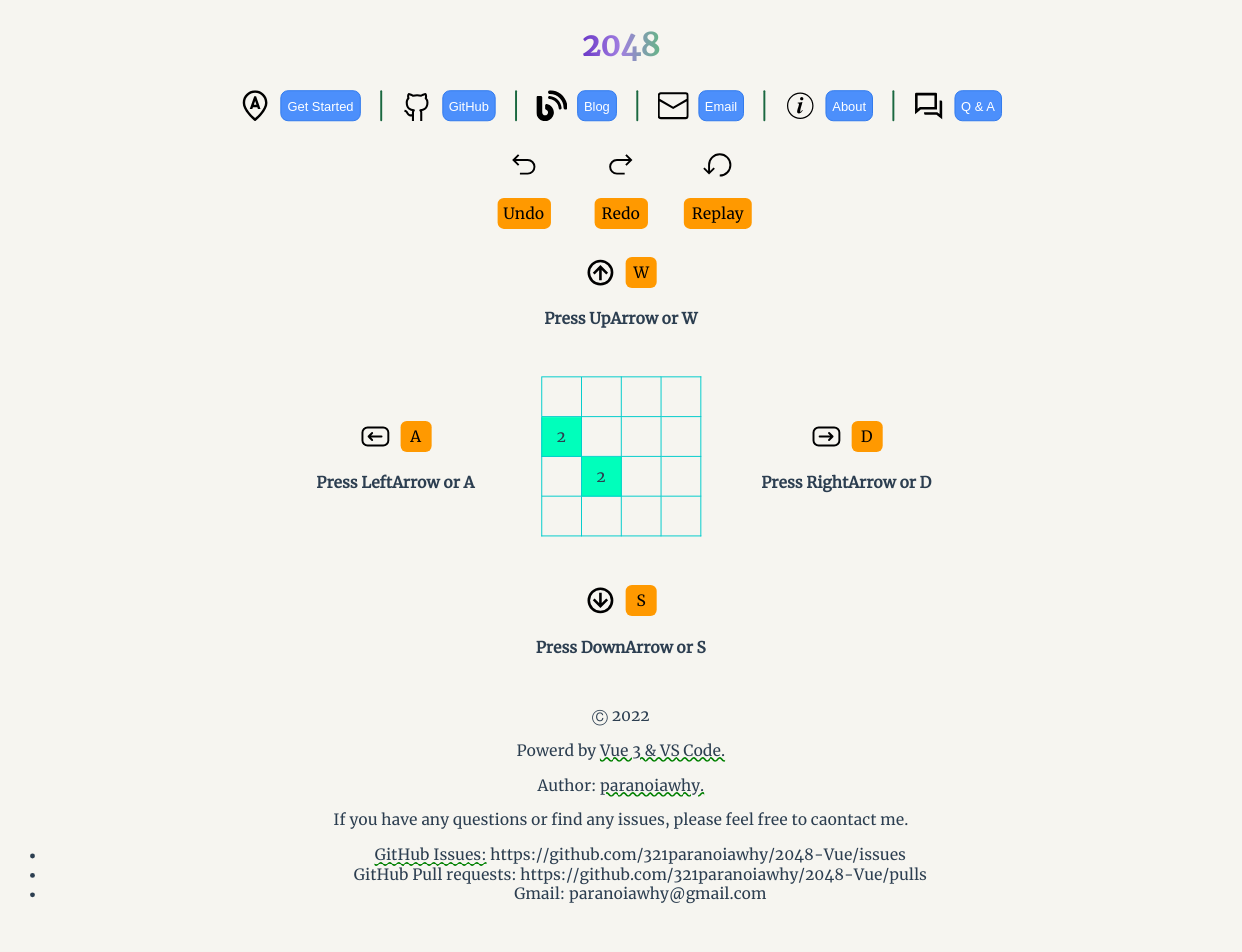
Repository: 321paranoiawhy/2048
Page: /
An editor plug-in stored every save of this project. The page is shown before and after the next save, followed by the edit.
The browser window is 1280 px wide. The pictures show the whole page, at 97% of full size.
The project was rebuilt for these pictures with package versions that can differ from the ones it lists, and the page was loaded fresh each time. Also part of the build but not shown: vue.config.js.

Above is the page before, as saved 2022-04-28 09:12:11.

### src/App.vue
<template>
    <router-view />
</template>

<style lang="scss">
// 字体
@font-face {
    font-family: Merriweather-Regular;
    src: url(/src/assets/fonts/Merriweather-Regular.ttf);
}
#app {
    font-family: Merriweather-Regular;
    -webkit-font-smoothing: antialiased;
    -moz-osx-font-smoothing: grayscale;
    text-align: center;
    color: #2c3e50;
}
// 网页背景色 https://manuelmoreale.com/
html {
    background-color: #f6f5f0;
}
nav {
    padding: 30px;

    a {
        font-weight: bold;
        color: #2c3e50;

        &.router-link-exact-active {
            color: #42b983;
        }
    }
}
</style>

### src/components/footer.vue
<template>
    <!-- https://www.rapidtables.com/web/html/html-codes/html-code-copyright.html -->
    <!-- &copy; -->
    <!-- &#9400; -->
    <footer>
        <p>&#9400; 2022</p>

        <p>Powerd by <a>Vue 3 & VS Code.</a></p>
        <p>Author: <a>paranoiawhy.</a></p>
        <p>
            If you have any questions or find any issues, please feel free to
            caontact me.
        </p>
        <ul>
            <li>
                <a>GitHub Issues:</a>
                https://github.com/321paranoiawhy/2048-Vue/issues
            </li>
            <li>
                GitHub Pull requests:
                https://github.com/321paranoiawhy/2048-Vue/pulls
            </li>
            <li>Gmail: paranoiawhy@gmail.com</li>
        </ul>
    </footer>
</template>

<script>
export default {
    name: "Footer",
};
</script>

<style lang="scss">
// 文字波浪下划线 https://developer.mozilla.org/zh-CN/docs/Web/CSS/text-decoration
footer a {
    text-decoration: green wavy underline;
}
</style>

Loaded but not shown: public/index.html (common file); src/main.js (common file); src/router/index.js (common file); src/store/index.js (common file); src/views/HomeView.vue (851 lines, source omitted)

After the next save:
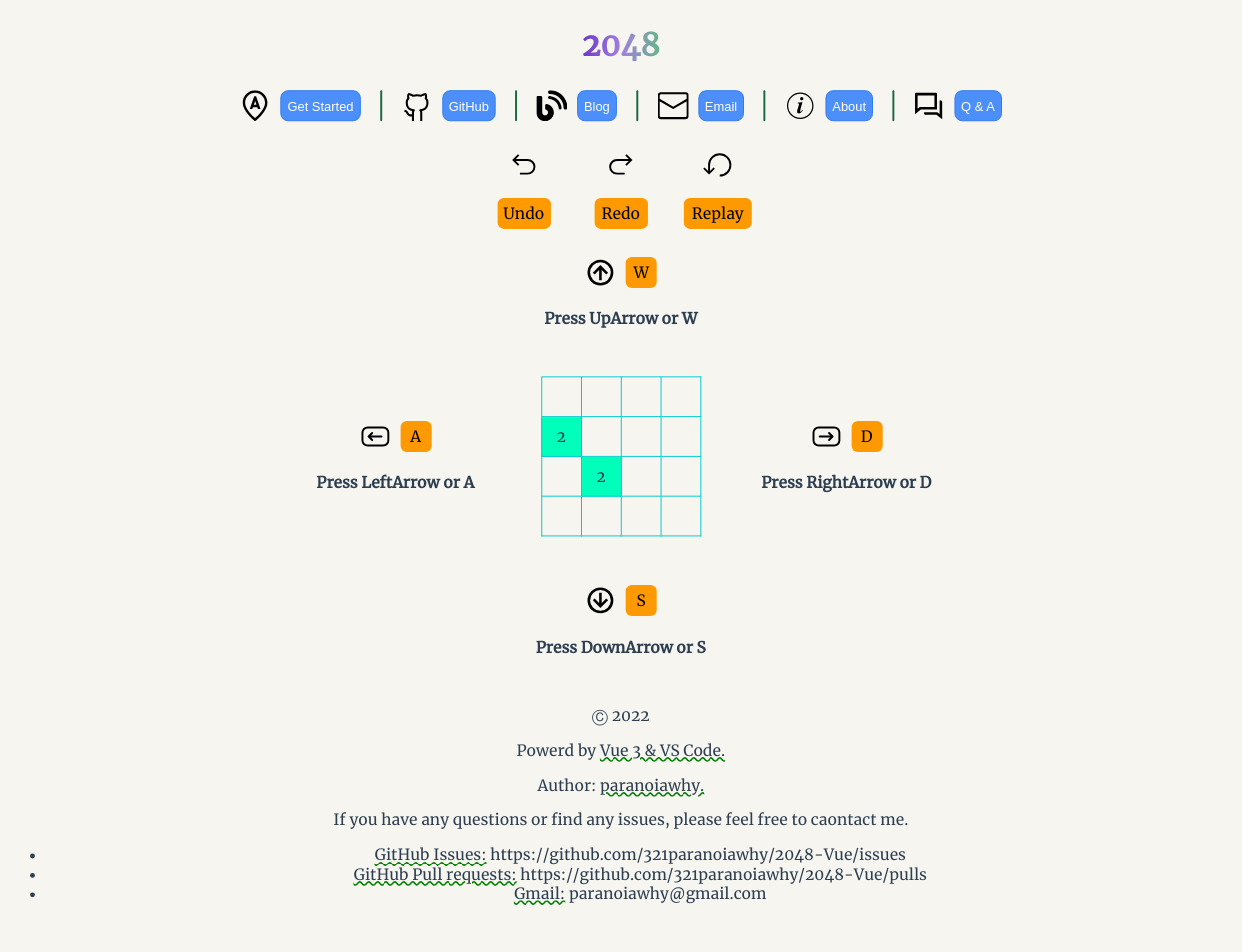
Saved 19 s later.
--- a/src/components/footer.vue
+++ b/src/components/footer.vue
@@ -17,10 +17,10 @@
                 https://github.com/321paranoiawhy/2048-Vue/issues
             </li>
             <li>
-                GitHub Pull requests:
+                <a>GitHub Pull requests:</a>
                 https://github.com/321paranoiawhy/2048-Vue/pulls
             </li>
-            <li>Gmail: paranoiawhy@gmail.com</li>
+            <li><a>Gmail:</a> paranoiawhy@gmail.com</li>
         </ul>
     </footer>
 </template>
